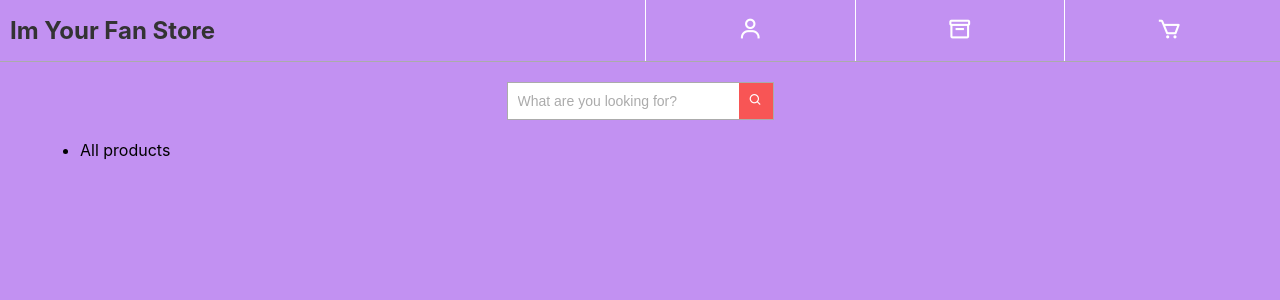
Repository: imyourfan-store/e-commerce
Page: /
An editor plug-in stored every save of this project. The page is shown before and after the next save, followed by the edit.
The browser window is 1280 px wide. The pictures show the whole page.
The page's requests for data from a server got no answer. The project was rebuilt for these pictures with package versions that can differ from the ones it lists, and the page was loaded fresh each time. No one was signed in, and anything a server would have sent is missing. Also part of the build but not shown: vite.config.js, src/components/home/styles/ProductCard.css, src/components/home/ProductCard.jsx, src/pages/styles/Login.css, src/pages/Login.jsx, src/components/productId/styles/ProductInfo.css, src/components/productId/ProductInfo.jsx, src/components/productId/SimilarProducts.jsx and 14 more.

Above is the page before, as saved 2024-11-04 12:02:44.

After the next save:
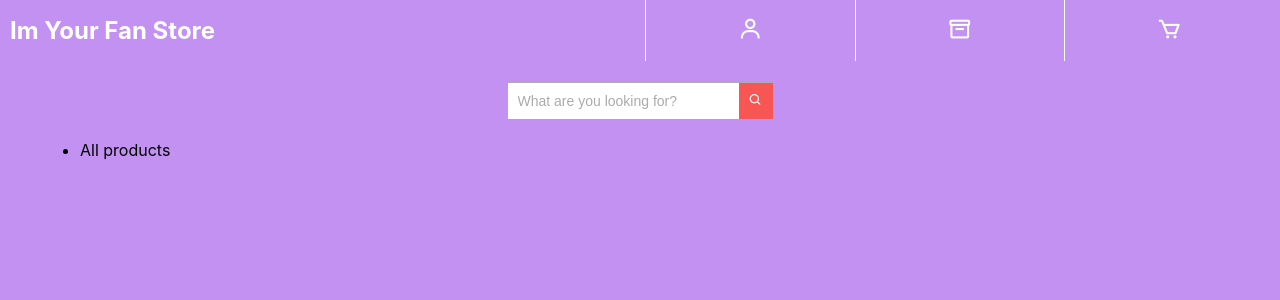
Saved 18 s later.
--- a/src/layout/styles/index.css
+++ b/src/layout/styles/index.css
@@ -17,7 +17,3 @@
     font-family: Arial, sans-serif; /* Tipo de letra uniforme */
     background-color: var(--color-lila); /* Usar la variable correctamente */
 }
-
-h1 {
-    color: #333; /* Puedes cambiar el color del h1 si lo deseas */
-}
